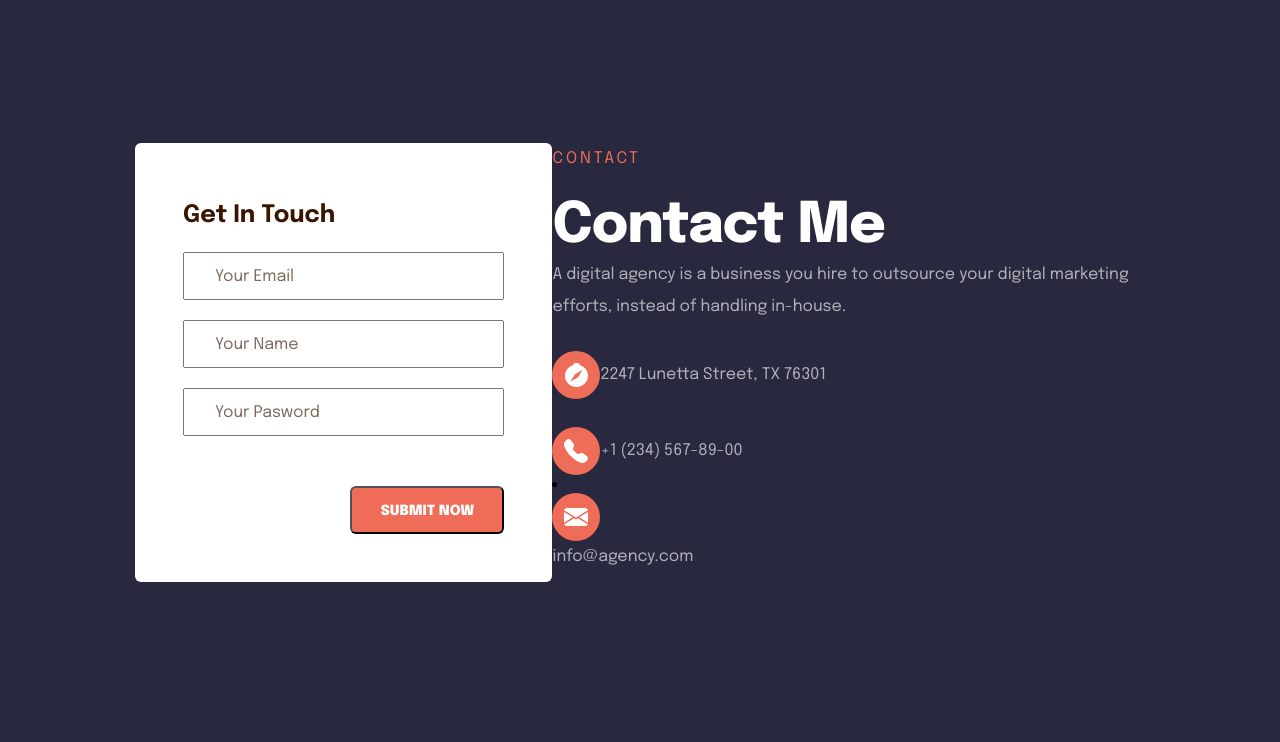
Repository: MehdiKerimov/Figma-Task-14
Page: index.html
These files come from the project's save history. The page is drawn as it stood at one moment and after the next save; the edit follows.
The browser window is 1280 px wide. The pictures show the whole page.

Above is the page before, as saved 2023-10-07 15:35:34.

After the next save:
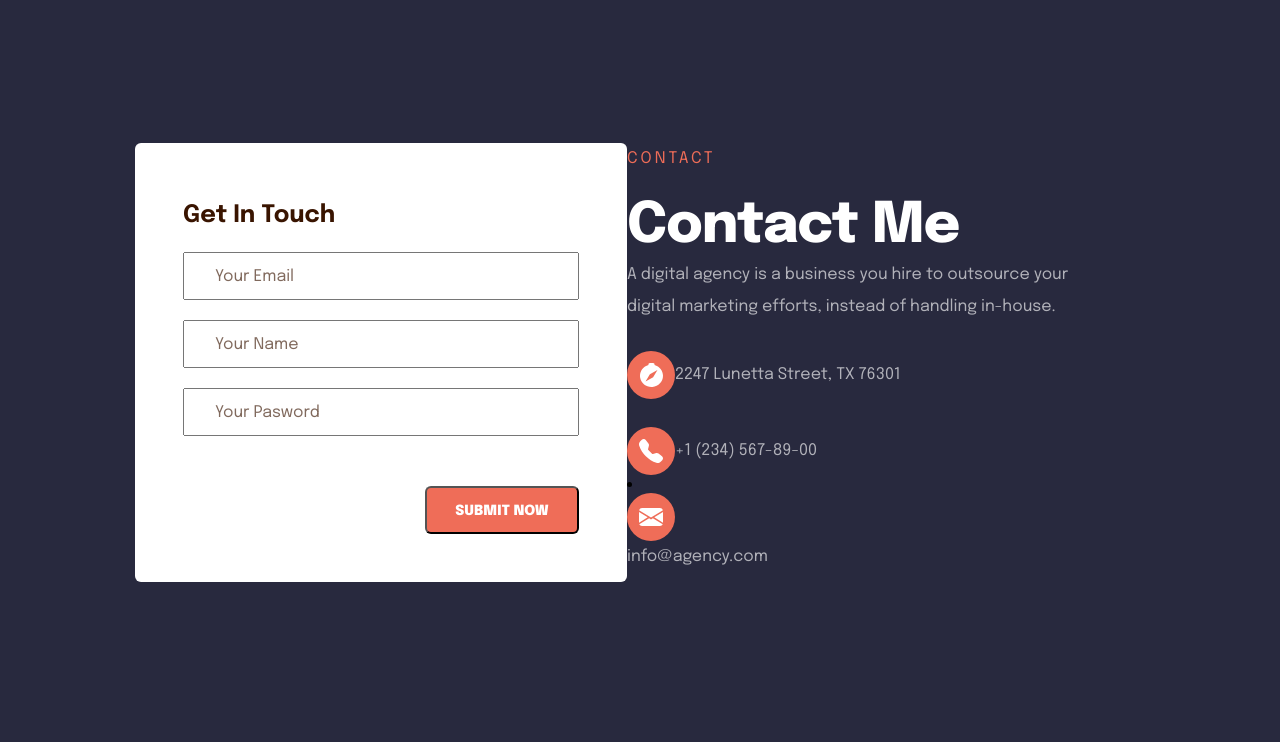
Saved 8 s later.
--- a/index.css
+++ b/index.css
@@ -97,6 +97,7 @@ input::placeholder {
   letter-spacing: -1px;
 }
 .container .text-box p {
+  width: 470px;
   color: var(--Text_Light_Gray, rgba(255, 255, 255, 0.64));
   font-feature-settings: "clig" off, "liga" off;
   font-family: Epilogue;
@@ -124,7 +125,7 @@ input::placeholder {
   align-items: center;
 }
 ul li{
-  margin-top: 28px;
+    margin-top: 28px;
 
   list-style-type: none;
   display: flex;
